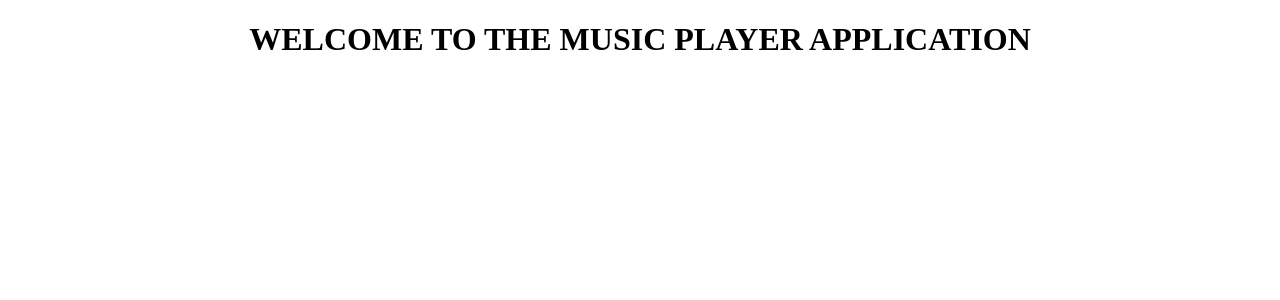
Repository: dannytayade1495/WEJE3
Page: http://localhost/multiplayerjsp/MusicPlayer.jsp
The author's editor kept a copy of each file at every save. The page is drawn from the files as they stood at one save, then again after the next save.
The browser window is 1280 px wide. The pictures show the whole page.
The page is served by Tomcat 9.

Above is the page before, as saved 2023-03-25 08:12:25.

After the next save:
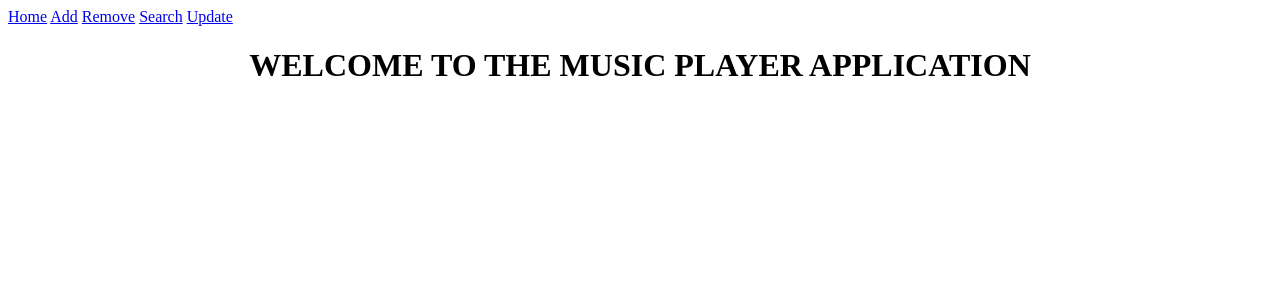
Saved 27 s later.
--- a/multiplayerjsp/src/main/webapp/MusicPlayer.jsp
+++ b/multiplayerjsp/src/main/webapp/MusicPlayer.jsp
@@ -1,5 +1,6 @@
 <%@ page language="java" contentType="text/html; charset=UTF-8"
 	pageEncoding="UTF-8"%>
+	<jsp:include page="NavBar.jsp"/>
 <!DOCTYPE html>
 <html>
 <head>
